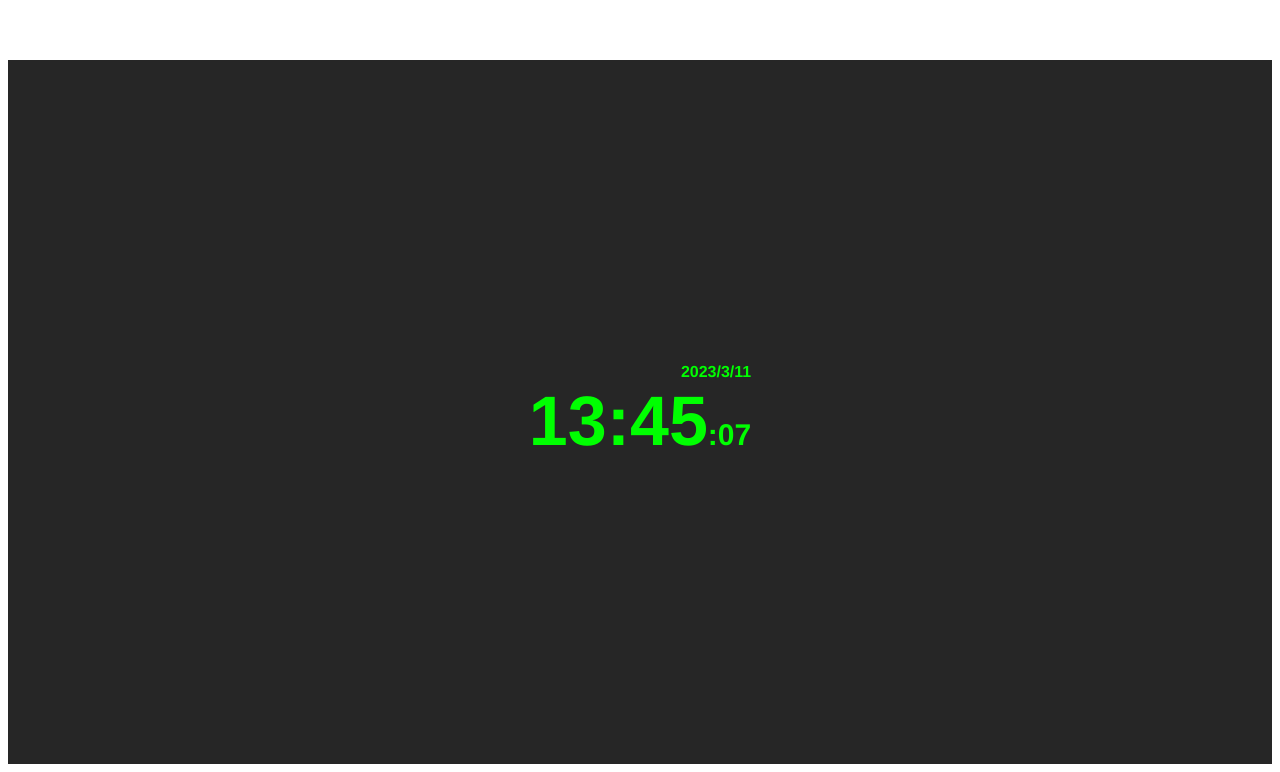
Repository: SaTtto-glitch/clock-app
Page: /
These files come from the project's save history. The page is drawn as it stood at one moment and after a run of saves; the edit follows.
The browser window is 1280 px wide. The pictures show the whole page.
The project was rebuilt for these pictures with package versions that can differ from the ones it lists, and the page was loaded fresh each time. Also part of the build but not shown: vue.config.js.

Above is the page before, as saved 2023-03-11 14:40:43.

After the next 4 saves:
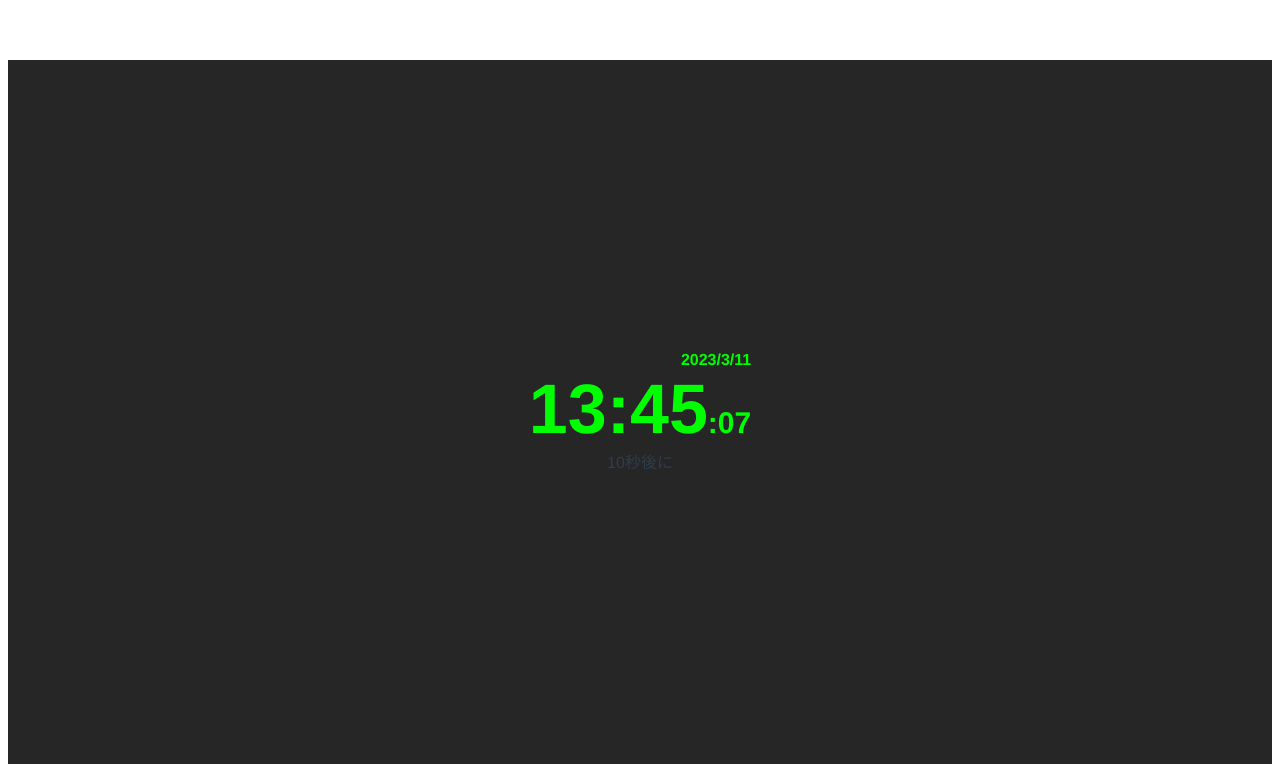
The 4 saves are shown as one change because they came seconds apart.
The last was saved 4 min 12 s later.
--- a/src/components/ClockScreen.vue
+++ b/src/components/ClockScreen.vue
@@ -7,6 +7,11 @@
       <div class="time">
         <p>
           {{ hours }}:{{ minutes }}<span class="seconds">:{{ seconds }}</span>
+        </p>
+      </div>
+      <div>
+        <p>
+            10秒後に
         </p>
       </div>
     </div>
